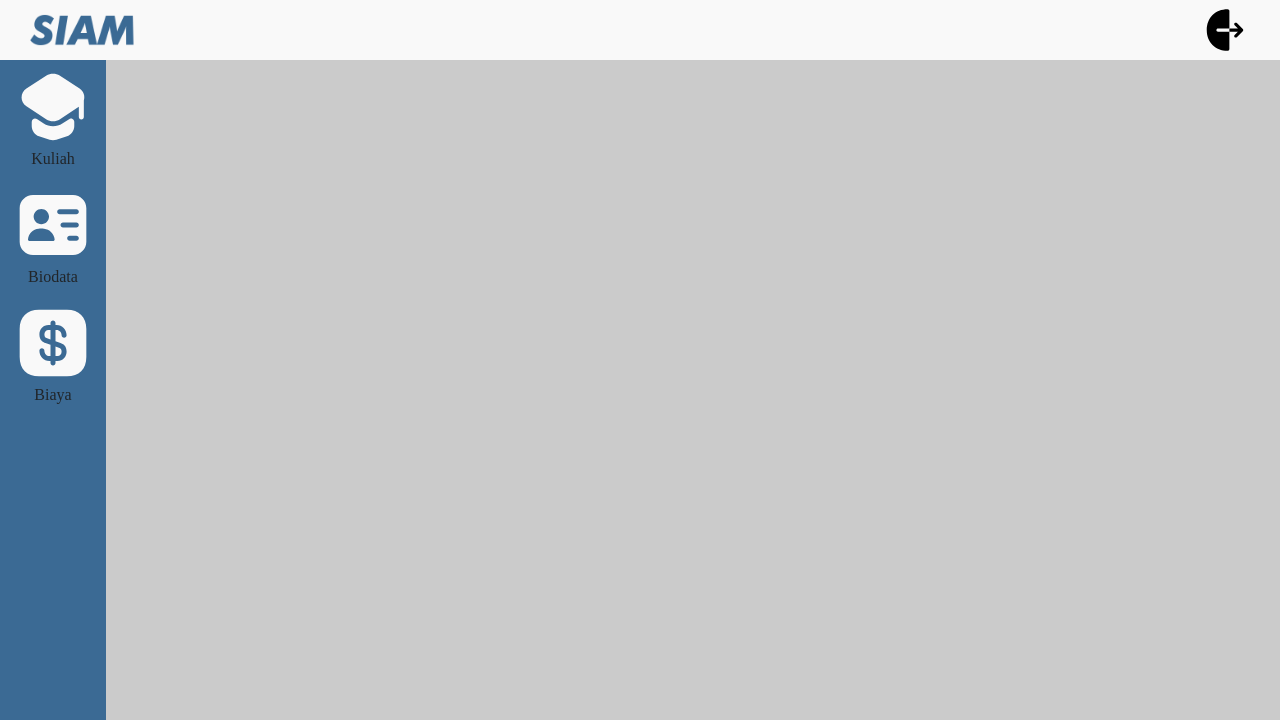
Repository: haikalirf/Project-IMK
Page: parkir.html
The author's editor kept a copy of each file at every save. The page is drawn from the files as they stood at one save, then again after the next save.
The browser window is 1280 px wide. The pictures show the whole page.
Some web fonts or font styles are not loaded; a fallback is used.

Above is the page before, as saved 2022-12-12 18:48:49.

### parkir.html
<!DOCTYPE html>
<html lang="en">
<head>
	<meta charset="UTF-8">
	<meta http-equiv="X-UA-Compatible" content="IE=edge">
	<meta name="viewport" content="width=device-width, initial-scale=1.0">
	<title>SIAM</title>
	<link rel="icon" href="/assets/logo_ub.ico">
	<link rel="stylesheet" href="https://cdn.jsdelivr.net/npm/bootstrap@5.2.3/dist/css/bootstrap.min.css" integrity="sha384-rbsA2VBKQhggwzxH7pPCaAqO46MgnOM80zW1RWuH61DGLwZJEdK2Kadq2F9CUG65" crossorigin="anonymous">
	<link rel="stylesheet" href="/styles/parkir.css">
</head>
<body>
	<nav class="navbar" id="navbar">
		<a class="navbar-brand" href="/kuliah.html">
			<img id="navbar-image" src="/assets/SIAM.png" alt="SIAM">
		</a>
		<a class="navbar-link" href="#">
			<img id="navbar-image" src="/assets/Logout.svg" alt="Logout">
		</a>
	</nav>
	<main>
		<div class="mh-100" id="sidebar">
			<a class="btn" href="">
				<img id="sidebar-kuliah" src="/assets/Kuliah Logo.svg" alt="Kuliah">
				<br>
				<label for="sidebar-kuliah">Kuliah</label>
			</a>
			<a class="btn" href="">
				<img id="sidebar-biodata" src="/assets/Biodata Logo.svg" alt="Biodata">
				<br>
				<label for="sidebar-biodata">Biodata</label>
			</a>
			<a class="btn" href="">
				<img id="sidebar-biaya" src="/assets/Biaya Logo.svg" alt="Biaya">
				<br>
				<label for="sidebar-biaya">Biaya</label>
			</a>
		</div>

	</main>
	<script src="https://cdn.jsdelivr.net/npm/bootstrap@5.2.3/dist/js/bootstrap.bundle.min.js" integrity="sha384-kenU1KFdBIe4zVF0s0G1M5b4hcpxyD9F7jL+jjXkk+Q2h455rYXK/7HAuoJl+0I4" crossorigin="anonymous"></script>
</body>
</html>

### styles/parkir.css
/* CSS Reset */
/*
	Josh's Custom CSS Reset
	https://www.joshwcomeau.com/css/custom-css-reset/
*/
/* *, *::before, *::after {
	box-sizing: border-box;
}
  * {
	margin: 0;
}
html, body {
	height: 100%;
}
body {
	line-height: 1.5;
	-webkit-font-smoothing: antialiased;
}
img, picture, video, canvas, svg {
	display: block;
	max-width: 100%;
}
input, button, textarea, select {
	font: inherit;
}
p, h1, h2, h3, h4, h5, h6 {
	overflow-wrap: break-word;
}
#root, #__next {
	isolation: isolate;
} */
/* CSS Reset ends */

body {
	background-color: #cbcbcb;
	font-family: 'readex';
	font-size: 16px;
}

@font-face {
	font-family: 'readex';
	src:url('/assets/fonts/ReadexPro-Medium.ttf');
}

img {
	object-fit: cover;
}

#navbar {
	display: flex;
	justify-content: space-between;
	position: fixed;
	background-color: #f9f9f9;
	z-index: 1;
	width: 100%;
	padding: 0px 30px;
}

#navbar-image {
	height: 50px;
}

main {
	padding-top: 60px;
	display: flex;
	height: 100vh;
}

#sidebar {
	background-color: #3b6a94;
	display: flex;
	flex-direction: column;
	flex: 1;
	position: fixed;
	height: 100vh;
}

#sidebar img {
	width: 80px;
	height: 80px;
}

After the next save:
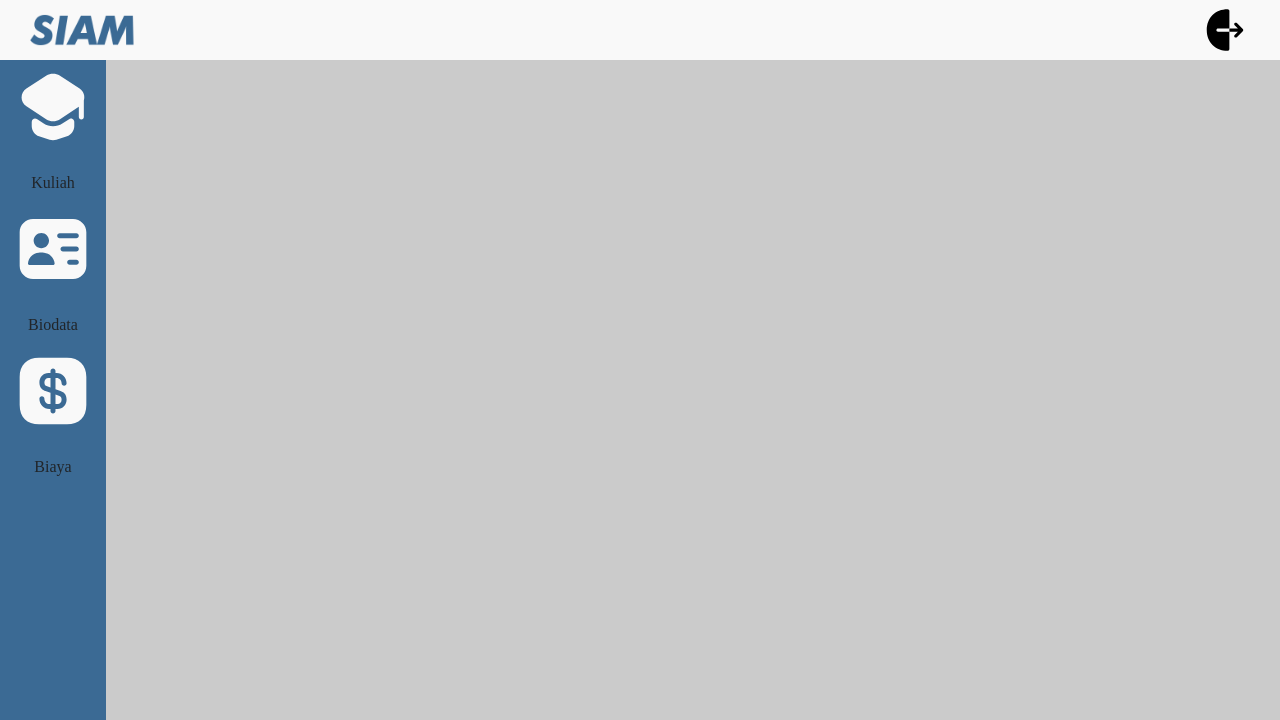
Saved 11 s later.
--- a/styles/parkir.css
+++ b/styles/parkir.css
@@ -3,7 +3,7 @@
 	Josh's Custom CSS Reset
 	https://www.joshwcomeau.com/css/custom-css-reset/
 */
-/* *, *::before, *::after {
+*, *::before, *::after {
 	box-sizing: border-box;
 }
   * {
@@ -28,7 +28,7 @@ p, h1, h2, h3, h4, h5, h6 {
 }
 #root, #__next {
 	isolation: isolate;
-} */
+}
 /* CSS Reset ends */
 
 body {
